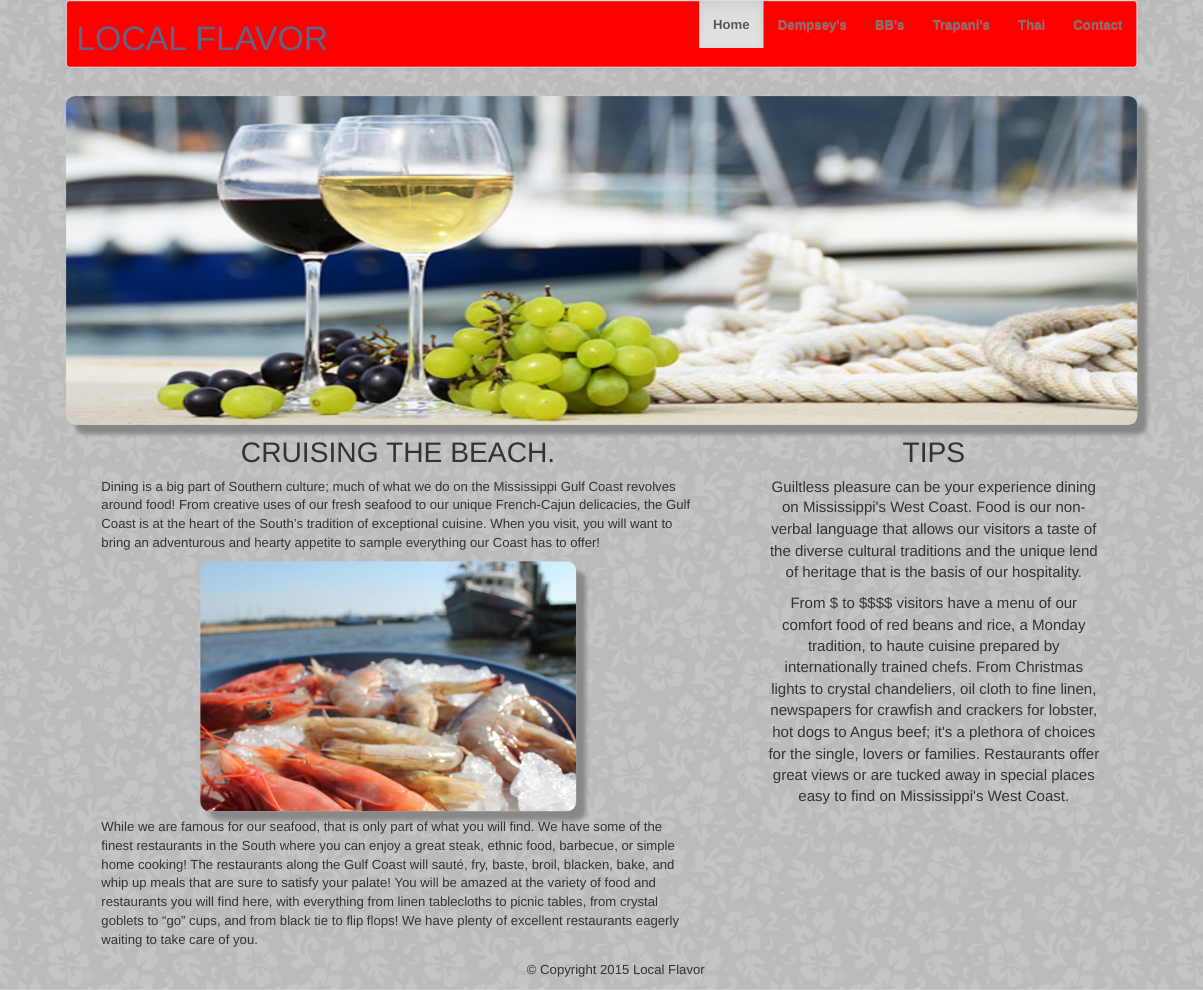
Repository: GeauxNinja/RestaurantSite
Page: Local Flavor/index.html
The author's editor kept a record of every edit. The page is drawn from the files as they stood at one moment, then again after the next edit.
The browser window is 1280 px wide. The pictures show the whole page, at 94% of full size.
Some web libraries are served in a nearby version.

Above is the page before.

### Local Flavor/index.html
<!doctype html>
<html>
<head>
<meta charset="utf-8">
<title>Local Flavor</title>
<link href="styles/main.css" rel="stylesheet" type="text/css">
<!-- Latest compiled and minified CSS -->
<link rel="stylesheet" href="https://maxcdn.bootstrapcdn.com/bootstrap/3.3.2/css/bootstrap.min.css">
<!-- Optional theme -->
<link rel="stylesheet" href="https://maxcdn.bootstrapcdn.com/bootstrap/3.3.2/css/bootstrap-theme.min.css">
<script src="http://use.edgefonts.net/source-sans-pro:n6:default.js" type="text/javascript"></script>
<style type="text/css">body{background-image:url('images/bak1.png');}</style>
</head>

<body>
<div id="page">
<header class="container">
      <div id="menu" class="navbar navbar-default" style="background: red">
		<div class="navbar-header">
			<button class="btn btn-default navbar-toggle"
				data-toggle="collapse"
				data-target=".navbar-collapse"><span class="glyphicon glyphicon-collapse-down"></span></button>
			<div id="logo">
			<a href="index.html"><h1>Local Flavor</h1></a>
		</div>
		</div>
		<div class="navbar-collapse collapse">
			<ul class="nav navbar-nav navbar-right">
			  <li class="nav active"><a href="index.html">Home</a></li>
			  <li class="nav"><a href="dempseys.html">Dempsey's</a></li>
			  <li class="nav"><a href="BBs.html">BB's</a></li>
			  <li class="nav"><a href="trapanis.html">Trapani's</a></li>
			  <li class="nav"><a href="thai.html">Thai</a></li>
			  <li class="nav"><a href="contact.html">Contact</a></li>
			</ul>
		</div>
      </div>
    </header>
    <section id="body" class="container">
	<div id="hero">
  <img src="images/indexheader.png" width="1500" height="350" alt=""/></div>
      <section id="main" class="col-md-8 col-sm-9">
    <h2>Cruising the Beach.</h2>
    <p>Dining is a big part of Southern culture; much of what we do on the Mississippi Gulf Coast revolves around food! From creative uses of our fresh seafood to our unique French-Cajun delicacies, the Gulf Coast is at the heart of the South’s tradition of exceptional cuisine. When you visit, you will want to bring an adventurous and hearty appetite to sample everything our Coast has to offer!</p>
    <p></p>
    <figure class="centered"><img src="images/gulfseafood1.jpg" width="400" height="266" alt=""/>
      <figcaption></figcaption>
    </figure>
    <p>While we are famous for our seafood, that is only part of what you will find. We have some of the finest restaurants in the South where you can enjoy a great steak, ethnic food, barbecue, or simple home cooking! The restaurants along the Gulf Coast will sauté, fry, baste, broil, blacken, bake, and whip up meals that are sure to satisfy your palate! You will be amazed at the variety of food and restaurants you will find here, with everything from linen tablecloths to picnic tables, from crystal goblets to “go” cups, and from black tie to flip flops! We have plenty of excellent restaurants eagerly waiting to take care of you.</p>
  </section>
  <section id="sidebar" class="col-md-4 col-sm-3">
    <h2>Tips</h2>
    <p>Guiltless pleasure can be your experience dining on Mississippi's West Coast. Food is our non-verbal language that allows our visitors a taste of the diverse cultural traditions and the unique lend of heritage that is the basis of our hospitality.</p>
    <p>From $ to $$$$ visitors have a menu of our comfort food of red beans and rice, a Monday tradition, to haute cuisine prepared by internationally trained chefs. From Christmas lights to crystal chandeliers, oil cloth to fine linen, newspapers for crawfish and crackers for lobster, hot dogs to Angus beef; it's a plethora of choices for the single, lovers or families. Restaurants offer great views or are tucked away in special places easy to find on Mississippi's West Coast.</p>
  </section>
  <footer class="container">
    <p>© Copyright 2015 Local Flavor  </p>
  </footer>
</div>
<!-- jQuery (necessary for Bootstrap's JavaScript plugins) -->
<script src="https://ajax.googleapis.com/ajax/libs/jquery/1.11.1/jquery.min.js"></script>
<!-- Latest compiled and minified JavaScript -->
<script src="https://maxcdn.bootstrapcdn.com/bootstrap/3.3.2/js/bootstrap.min.js"></script>
</body>
</html>

### Local Flavor/styles/main.css
@charset "utf-8";

body {
	margin: 9px;
	color: #151515;
	font-family: Helvetica, Arial, sans-serif;
	background-color: #EFF5F8;
	font-size: medium;
}

#wrapper {
	width: 100%;
	min-width: 740px;
	max-width: 1000px;
	margin-left: auto;
	margin-right: auto;
	background-color: #FFFFFF;
	right: 0px;
	position: static;
	border-radius: 8px;
}

#top {
 overflow: hidden;
}

#hero img {
	max-width: 100%;
	border-color: #FFFCFC;
	border-radius: 10px;
	background-position: 0% 0%;
	box-shadow: 10px 10px 5px #888888;
	margin:10px 10px 0px 0px;
	right: 0px;
}
h1, h2 {
	color: #3399CC;
	font-family: Tahoma;
	font-style: normal;
	font-weight: 600;
	font-size: 72px;
	margin-top: 0px;
	margin-bottom: 0px;
	text-align: center;
	text-transform: uppercase;
	top: 25px;
	padding-left: 10px;
	padding-right: 10px;
	right: 33px;
}
#main {
	width: 58%;
	margin-left: 2%;
	float: left;
}
#sidebar {
	width: 34%;
	margin-left: 4%;
	float: left;
	text-align: center;
	border-radius: 4px;
	font-size: medium;
}

form {
    width: 300px;
    margin: 0 auto;
}


figure {
	display: block;
	width: 420px;
}

figure img {
	border-radius: 10px;
	box-shadow: 10px 10px 5px #888888;
}

figcaption {
	font-size: 0.875em;
	font-weight: bold;
	text-align: center;
	display: block;
	margin-top: 0.5em;
	margin-right: auto;
	margin-left: auto;
}

.centered {
	margin-left: auto;
	margin-right: auto;
}

.floatleft {
	float: left;
	margin-left: 0px;
	margin-right: 10px;
}

.floatright {
	float: right;
	margin-left: 10px;
	margin-right: 0px;
}

footer {
	padding-top: 2px;
	padding-bottom: 2px;
	padding-left: 2%;
	/*background-color: #43a6cb;
	color: #FFFFFF;*/
	clear: left;
	text-align: center;
}

a {
	font-weight: bold;
	text-decoration: none;
}

a:link {
	color: #636387;
}

a:visited {
	color: #FF944C;
}

a:hover, a:active, a:focus {
	color: #7F3300;
	text-decoration: underline;
}
#mainnav ul {
	box-shadow:10px 10px 10px 5px #888888;
	list-style-type: none;
	margin:0px 0px 0px 0px;
	padding:0px 0px 0px 0px;
}
#menu {
    background-color: #F8F8F8;
    border-color: #E7E7E7;
}
#mainnav a {
	width: 16.66%;
	display: block;
	text-align: center;
	text-transform: uppercase;
	background-color: #4d4d4d;
	float: left;
	color: #FFFCFC;
	padding-top: 6px;
	padding-bottom: 6px;
}
#mainnav a:hover, #mainnav a:active, #mainnav a:focus, #mainnav thispage {

	text-decoration: none;
	background-color: #F8F8F8;
    border-color: #E7E7E7;
}
#hero article {
	width: 36%;
	padding-left: 10px;
	padding-right: 10px;
	position: absolute;
	top: 25px;
	right: 33px;
	background-color: #EA724F;
	border-radius: 26px;
	color: #FFFCFC;
}
#hero {
	position: relative;
	border-radius: 30px;
}
#hero {
	color: #FFFCFC;
	text-transform: uppercase;
	margin-bottom: -8px;
}

After the next edit:
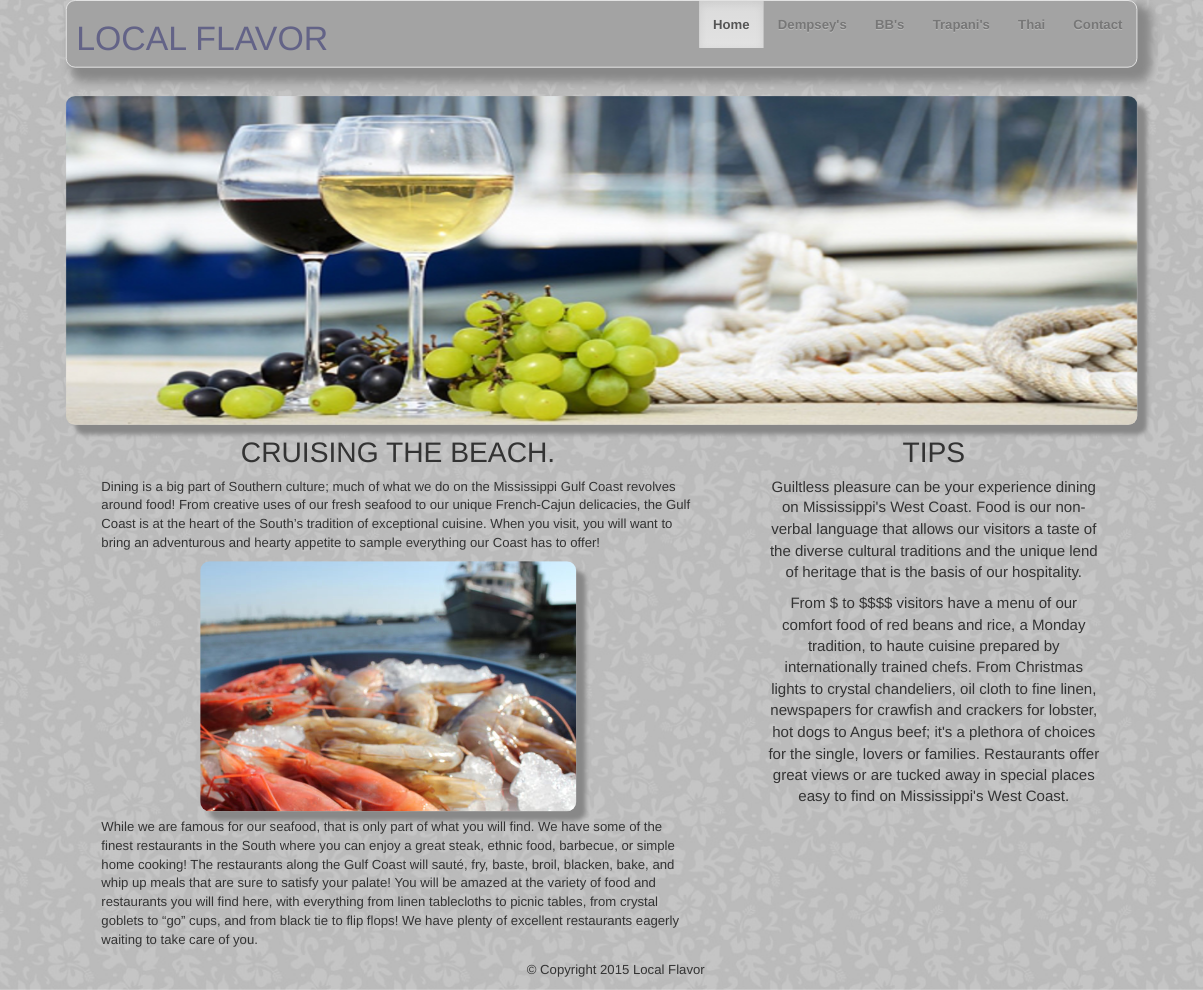
The edit:
--- a/Local Flavor/index.html
+++ b/Local Flavor/index.html
@@ -15,7 +15,7 @@
 <body>
 <div id="page">
 <header class="container">
-      <div id="menu" class="navbar navbar-default" style="background: red">
+      <div id="menu" class="navbar navbar-default" style="background: #a3a3a3; box-shadow: 10px 10px 10px 5px #888888; border-radius:10px;">
 		<div class="navbar-header">
 			<button class="btn btn-default navbar-toggle"
 				data-toggle="collapse"
